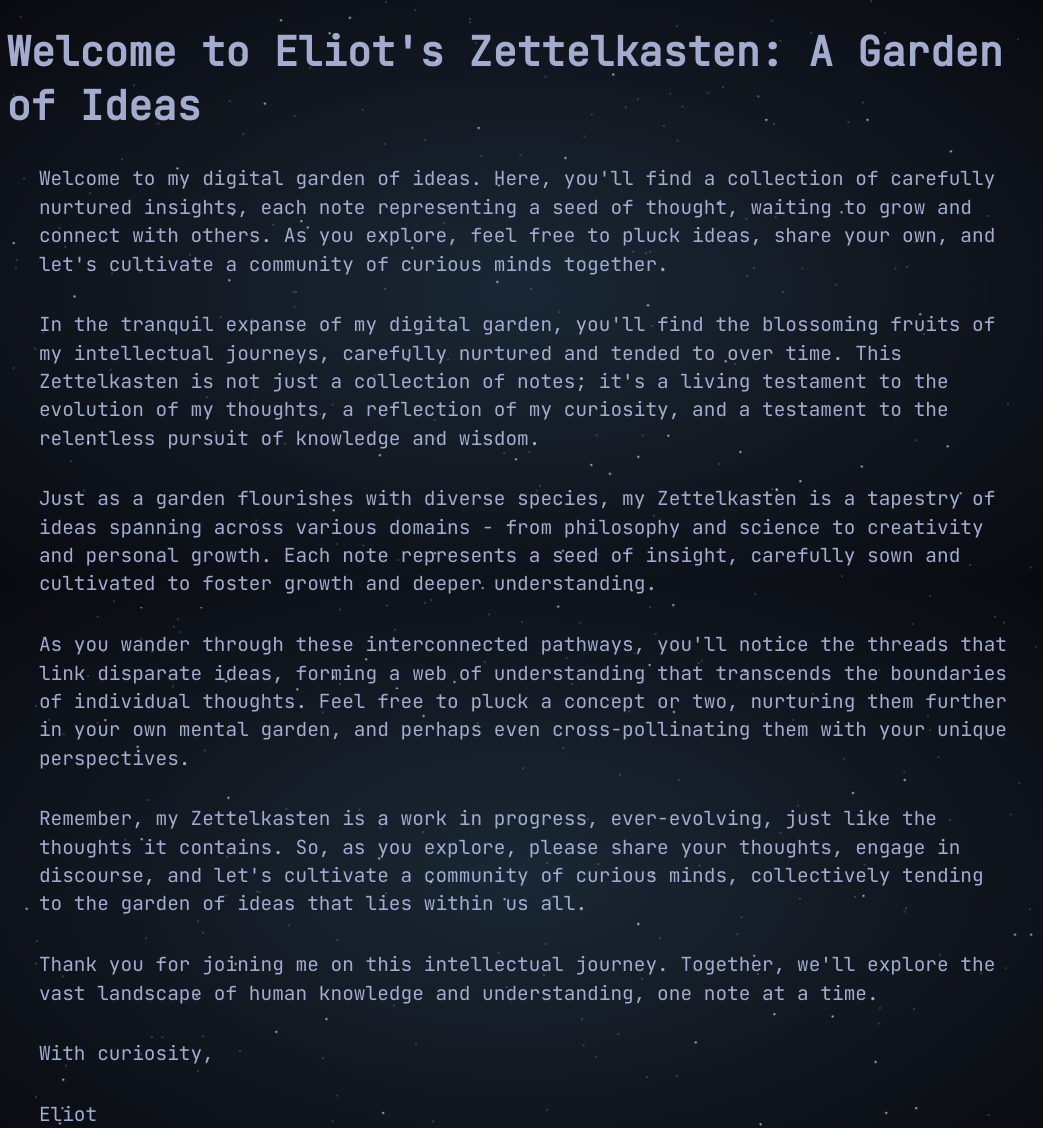
Repository: EliotKhachi/publicZk
Page: zettelkasten.html
The author's editor kept a copy of each file at every save. The page is drawn from the files as they stood at one save, then again after the next save.
The browser window is 1280 px wide. The page is 1288 px wide, so the pictures cover 1288 px, including what lies to the right of the window. The pictures show the whole page, at 81% of full size.

Above is the page before, as saved 2023-10-01 17:36:41.

### zettelkasten.html
<!DOCTYPE html>
<html lang="en">
  <head>
    <meta charset="UTF-8" />
    <meta name="viewport" content="width=device-width, initial-scale=1.0" />
    <meta http-equiv="X-UA-Compatible" content="ie=edge" />
    <title>Eliot Khachi</title>
    <link rel="stylesheet" type="text/css" href="./zettelkasten.css" />
    <link
      href="https://fonts.googleapis.com/css2?family=JetBrains+Mono:wght@400&display=swap"
      rel="stylesheet"
    />
  </head>
  <body>
    <div class="wrapper">
      <div id="stars"></div>
      <div id="stars2"></div>
      <div id="stars3"></div>
    </div>
    <div class="parent">
      <h1 id="title">Welcome to Eliot's Zettelkasten: A Garden of Ideas</h1>
      <div class="container">
        <p>

          <p>Welcome to my digital garden of ideas. Here, you'll find a collection of carefully nurtured insights, each note representing a seed of thought, waiting to grow and connect with others. As you explore, feel free to pluck ideas, share your own, and let's cultivate a community of curious minds together.</p>

<p>In the tranquil expanse of my digital garden, you'll find the blossoming fruits of my intellectual journeys, carefully nurtured and tended to over time. This Zettelkasten is not just a collection of notes; it's a living testament to the evolution of my thoughts, a reflection of my curiosity, and a testament to the relentless pursuit of knowledge and wisdom.</p>


<p>Just as a garden flourishes with diverse species, my Zettelkasten is a tapestry of ideas spanning across various domains - from philosophy and science to creativity and personal growth. Each note represents a seed of insight, carefully sown and cultivated to foster growth and deeper understanding.</p>


<p>As you wander through these interconnected pathways, you'll notice the threads that link disparate ideas, forming a web of understanding that transcends the boundaries of individual thoughts. Feel free to pluck a concept or two, nurturing them further in your own mental garden, and perhaps even cross-pollinating them with your unique perspectives.</p>

<p>Remember, my Zettelkasten is a work in progress, ever-evolving, just like the thoughts it contains. So, as you explore, please share your thoughts, engage in discourse, and let's cultivate a community of curious minds, collectively tending to the garden of ideas that lies within us all.</p>

<p>Thank you for joining me on this intellectual journey. Together, we'll explore the vast landscape of human knowledge and understanding, one note at a time.</p>

<p>With curiosity,</p>

<p>Eliot</p>
      </div>
    </div>
    <script src="script.js"></script>
  </body>
</html>

### zettelkasten.css
@import "stars.css"; /* BACKGROUND CSS */

/* CSS VARIABLES */
:root {
  --primary-color: #a3acce;
  --background-color-light: #1b2735;
  --background-color-medium: #091320;
  --background-color-dark: #090a0f;
  --text-opacity: 70%;
  --text-opacity-on-hover: 100%;
}

/* GENERAL CSS */
html {
    height: 100%;
    width: 100%;
}

img {
  width: 100%;
  height: 100%;
}

body {
  height: 100%;
  width: 100%;
  overflow: auto;
  background: radial-gradient(
    ellipse,
    var(--background-color-light) 0%,
    var(--background-color-dark) 100%
  );
  color: var(--primary-color);
  font-family: "JetBrains Mono", monospace;
}

h1 {
    margin-top: 20px;
    font-size: 50px;
}

h2 {
  margin: 20px;
  margin-bottom: 0px;
  font-size: 36px;
  line-height: 45px;
}

p {
  margin: 40px;
  font-size: 24px;
  line-height: 35px;
}

a {
  color: white;
  text-decoration: none;
}

a:hover {
  text-decoration: underline;
}

ul {
    font-size: 20px;
    line-height: 30px;

}

th, td {
    font-size: 20px;
    border: 3px solid var(--primary-color);
    padding: 8px;
    text-align: left;
}
th {
    font: bold;
    background-color: var(--primary-color);
    color: var(--background-color-dark);
}

Loaded but not shown: stars.css (507 lines, source omitted); script.js (no copy from this time; the picture is the same without it)

After the next save:
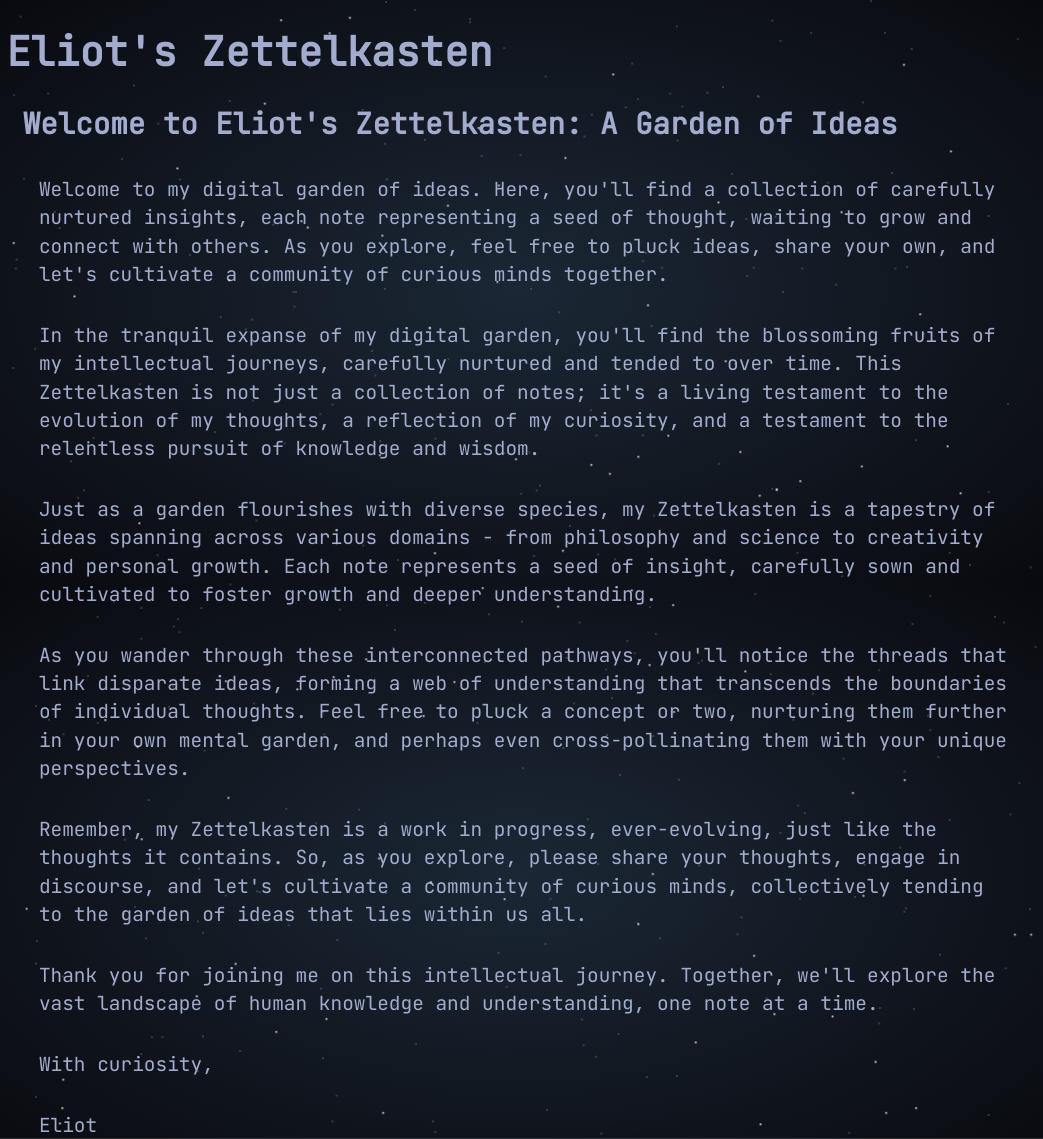
Saved 39 s later.
--- a/zettelkasten.html
+++ b/zettelkasten.html
@@ -18,7 +18,8 @@
       <div id="stars3"></div>
     </div>
     <div class="parent">
-      <h1 id="title">Welcome to Eliot's Zettelkasten: A Garden of Ideas</h1>
+      <h1 id="title">Eliot's Zettelkasten</h1>
+      <h2 id="title">Welcome to Eliot's Zettelkasten: A Garden of Ideas</h2>
       <div class="container">
         <p>
 
